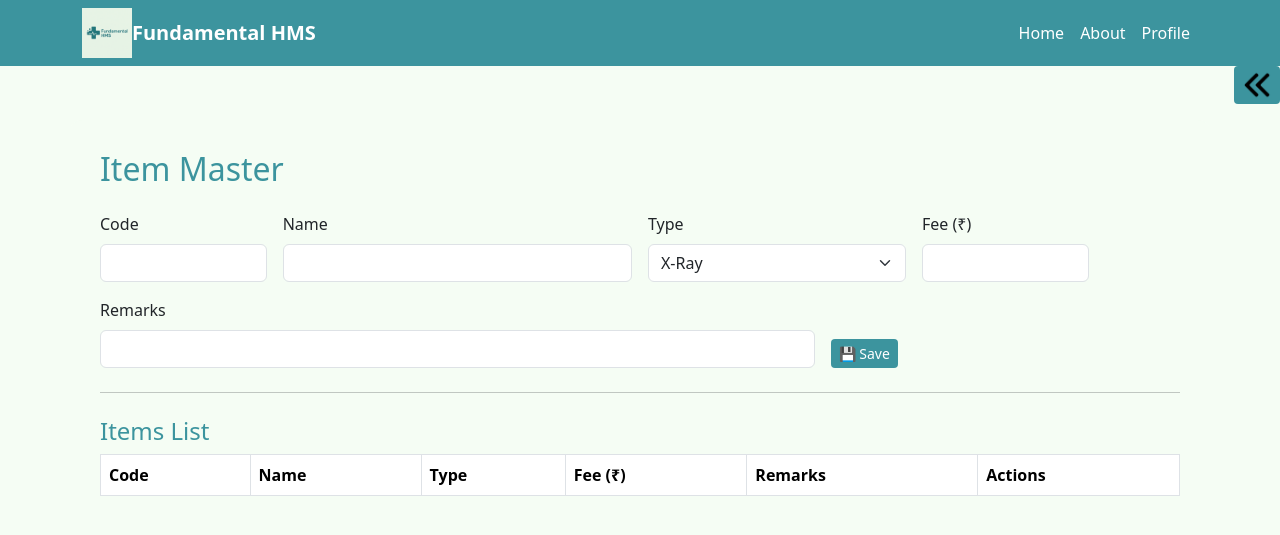
Repository: NAGENDRAN0/New
Page: http://localhost/master
The author's editor kept a copy of each file at every save. The page is drawn from the files as they stood at one save, then again after the next save.
The browser window is 1280 px wide. The pictures show the whole page.
The page is this project's Thymeleaf template; nobody is signed in. The template is opened directly, without the code that normally fills it, so the values that code supplies are empty.

Above is the page before, as saved 2025-05-15 11:07:42.

### Documents/workspace-spring-tool-suite-4-4.25.0.RELEASE/HMS/src/main/resources/templates/master.html
<!DOCTYPE html>
<html lang="en">
<head>
  <meta charset="UTF-8" />
  <title>Billing Item Master</title>
  <link href="https://cdn.jsdelivr.net/npm/bootstrap@5.3.3/dist/css/bootstrap.min.css" rel="stylesheet" />
  <link rel="stylesheet" href="/css/master.css" />
  <style>
	*{
		margin: 0;
		padding: 0;
	}
  </style>
</head>
<body class="">
	<nav class="navbar navbar-expand-lg navbar-dark" style="background-color: #3C949E;">
			<div class="container d-flex align-items-center">
				<img th:src=@{/image/Logo.png} class="logo" width="50" height="50"/>
				<a class="navbar-brand d-flex align-items-center" th:href="@{/}" style="color: white; font-weight: bold;">Fundamental HMS</a>
				<button class="navbar-toggler" type="button" data-bs-toggle="collapse" data-bs-target="#navbarNav"
					aria-controls="navbarNav" aria-expanded="false" aria-label="Toggle navigation">
					<span class="navbar-toggler-icon"></span>
				</button>
				<div class="collapse navbar-collapse" id="navbarNav">
					<ul class="navbar-nav ms-auto">
						<li class="nav-item">
							<a class="nav-link active" th:href="@{/}" style="color: white;">Home</a>
						</li>
						<li class="nav-item">
							<a class="nav-link" th:href="@{/features}" style="color: white;">About</a>
						</li>
						<li class="nav-item">
							<a class="nav-link" th:href="@{/contact}" style="color: white;">Profile</a>
						</li>
					</ul>
				</div>
			</div>
		</nav>
	<div class="d-flex justify-content-end mb-3">
	  <a href="/" class="btn btn-sm btn-custom"> <img src="/image/back.png" height="30" width="30"/> </a>
	</div>

  <div class="container" style="background-color: #f5fdf4; border-radius: 12px; padding: 30px;">
    <h2 class="mb-4 text-primary-custom">Item Master</h2>
	<div th:if="${successMessage}" class="alert alert-success" style="text-align: center;">
				<p th:text="${successMessage}"></p>
			</div>

	<form th:object="${master}" th:action="@{/master/save}" method="post" class="row g-3">
      <div class="col-md-2">
        <label class="form-label">Code</label>
        <input type="text" id="code" class="form-control" th:field="*{itemcode}" name="itemcode" required />
      </div>
      <div class="col-md-4">
        <label class="form-label">Name</label>
        <input type="text" id="name" class="form-control" th:field="*{itemname}" name="itemname" required />
      </div>
      <div class="col-md-3">
        <label class="form-label">Type</label>
        <select id="type" class="form-select" th:field="*{type}" name="type" required>
          <option value="x-ray">X-Ray</option>
          <option value="scan">Scan</option>
          <option value="lab">Lab</option>
          <option value="consultation">Consultation</option>
          <option value="other">Other</option>
        </select>
      </div>
      <div class="col-md-2">
        <label class="form-label">Fee (₹)</label>
        <input type="number" id="fee" class="form-control" th:field="*{fee}" name="fee" required />
      </div>
      <div class="col-md-8">
        <label class="form-label">Remarks</label>
        <input type="text" id="remarks" th:field="*{remarks}" name="remarks" class="form-control" />
      </div>
      <div class="col-md-4 d-flex align-items-end">
        <button type="submit" class="btn btn-sm btn-custom ">💾 Save</button>
      </div>
    </form>

    <hr class="my-4" />

    <h4 class="text-primary-custom">Items List</h4>
    <table class="table table-bordered table-striped">
      <thead class="table-custom">
        <tr>
          <th>Code</th>
          <th>Name</th>
          <th>Type</th>
          <th>Fee (₹)</th>
          <th>Remarks</th>
          <th>Actions</th>
        </tr>
      </thead>
	  <tbody>
	      <tr th:each="item : ${masterList}">
	        <td th:text="${item.itemcode}"></td>
	        <td th:text="${item.itemname}"></td>
	        <td th:text="${item.type}"></td>
	        <td th:text="${item.fee}"></td>
	        <td th:text="${item.remarks}"></td>
	        <td>
	          <!-- You can add Edit/Delete actions here if needed -->
	        </td>
	      </tr>
	    </tbody>
    </table>
  </div>

  <!--<script>
    let items = [];

    function saveItem(event) {
      event.preventDefault();
      const code = document.getElementById("code").value.trim();
      const name = document.getElementById("name").value.trim();
      const type = document.getElementById("type").value;
      const fee = parseFloat(document.getElementById("fee").value);
      const remarks = document.getElementById("remarks").value.trim();

      const item = { code, name, type, fee, remarks };
      const index = items.findIndex(i => i.code === code);

      if (index >= 0) {
        items[index] = item;
      } else {
        items.push(item);
      }

      renderTable();
      document.getElementById("billingItemForm").reset();
    }

    function renderTable() {
      const tbody = document.getElementById("itemTableBody");
      tbody.innerHTML = "";
      items.forEach((item, index) => {
        const row = document.createElement("tr");
        row.innerHTML = `
          <td>${item.code}</td>
          <td>${item.name}</td>
          <td>${item.type}</td>
          <td>${item.fee.toFixed(2)}</td>
          <td>${item.remarks}</td>
          <td>
            <button class="btn btn-sm btn-warning me-1" onclick="editItem(${index})">Edit</button>
            <button class="btn btn-sm btn-danger" onclick="deleteItem(${index})">Delete</button>
          </td>
        `;
        tbody.appendChild(row);
      });
    }

    function editItem(index) {
      const item = items[index];
      document.getElementById("code").value = item.code;
      document.getElementById("name").value = item.name;
      document.getElementById("type").value = item.type;
      document.getElementById("fee").value = item.fee;
      document.getElementById("remarks").value = item.remarks;
    }

    function deleteItem(index) {
      if (confirm("Are you sure you want to delete this item?")) {
        items.splice(index, 1);
        renderTable();
      }
    }
  </script>-->
</body>
</html>

### Documents/workspace-spring-tool-suite-4-4.25.0.RELEASE/HMS/src/main/resources/static/css/master.css
body {
  background-color: #f5fdf4;
}

.text-primary-custom {
  color: #3C949E;
}

.btn-custom {
  background-color: #3C949E;
  color: white;
  border: none;
}

.btn-custom:hover {
  background-color: #337f87;
}

.table-custom {
  background-color: #3C949E;
  color: white;
}

After the next save:
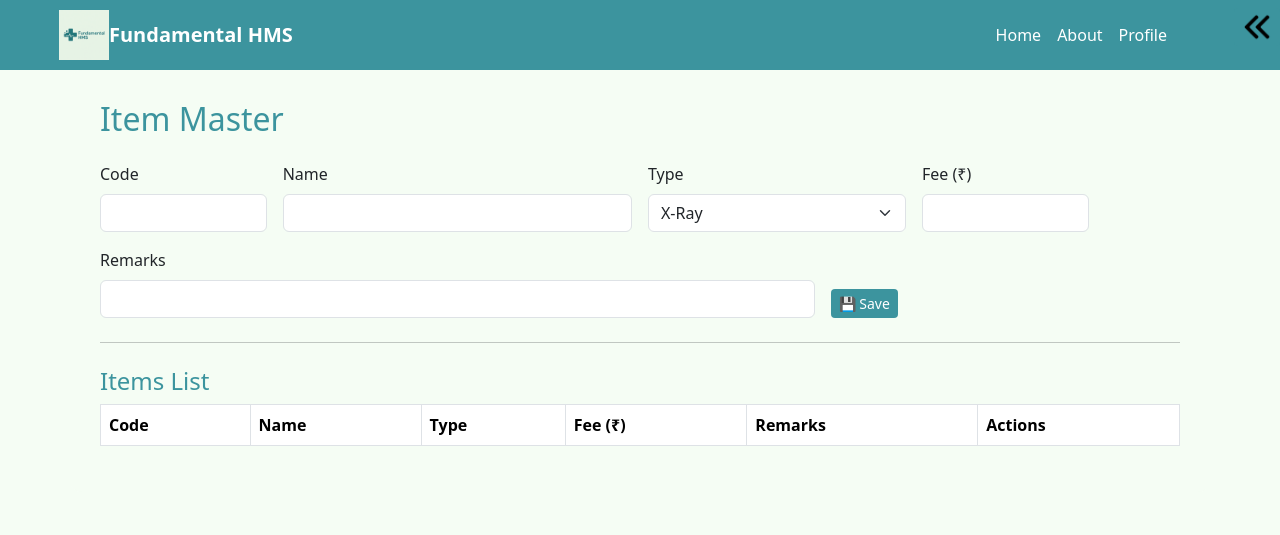
Saved 21 s later.
--- a/Documents/workspace-spring-tool-suite-4-4.25.0.RELEASE/HMS/src/main/resources/templates/master.html
+++ b/Documents/workspace-spring-tool-suite-4-4.25.0.RELEASE/HMS/src/main/resources/templates/master.html
@@ -35,10 +35,11 @@
 					</ul>
 				</div>
 			</div>
+			<div class="d-flex justify-content-end mb-3">
+				  <a href="/" class="btn btn-sm btn-custom"> <img src="/image/back.png" height="30" width="30"/> </a>
+				</div>
 		</nav>
-	<div class="d-flex justify-content-end mb-3">
-	  <a href="/" class="btn btn-sm btn-custom"> <img src="/image/back.png" height="30" width="30"/> </a>
-	</div>
+
 
   <div class="container" style="background-color: #f5fdf4; border-radius: 12px; padding: 30px;">
     <h2 class="mb-4 text-primary-custom">Item Master</h2>
